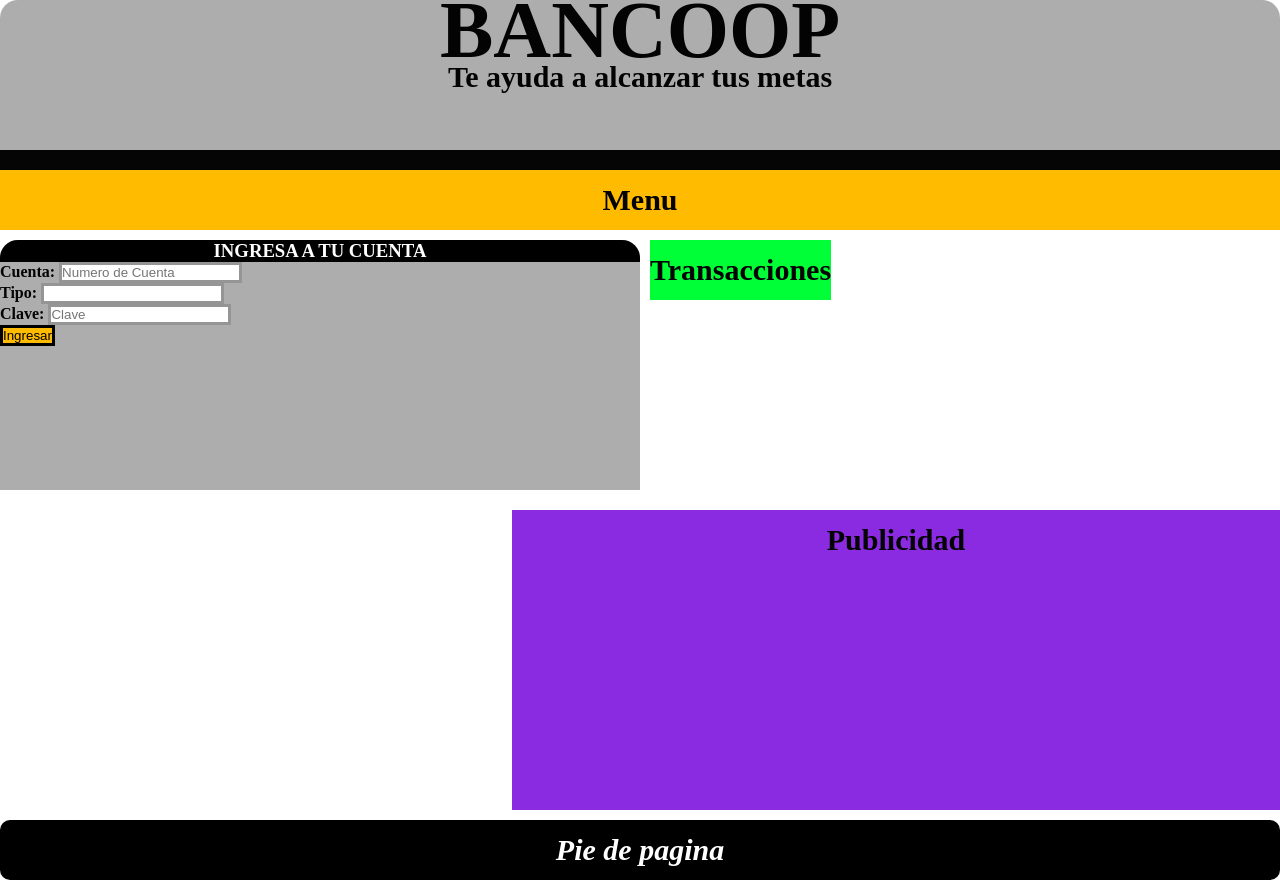
Repository: NickArregoces/BANCOOP
Page: Index.html
These files come from the project's save history. The page is drawn as it stood at one moment and after the next save; the edit follows.
The browser window is 1280 px wide. The pictures show the whole page.

Above is the page before, as saved 2021-09-29 16:50:24.

After the next save:
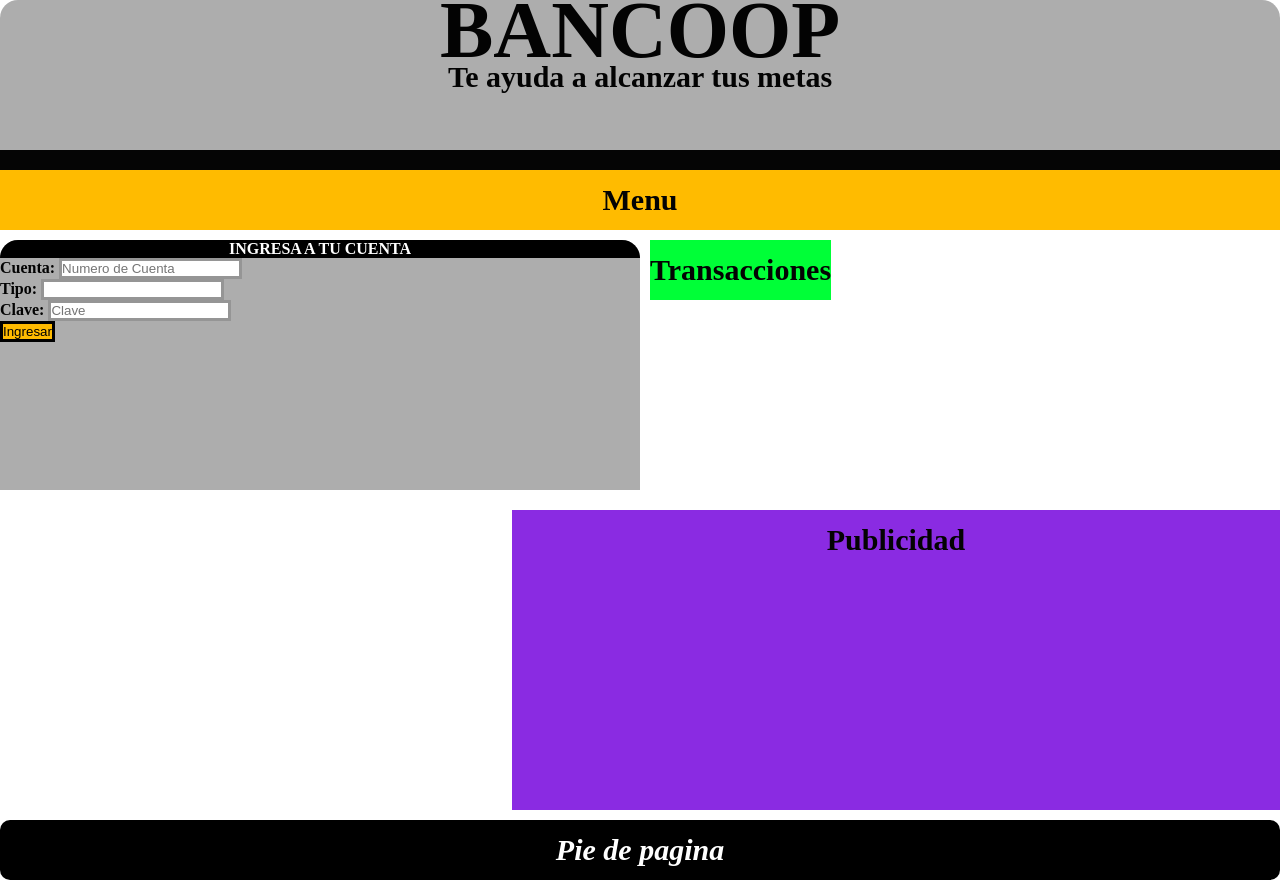
Saved 9 s later.
--- a/CSS/Style.css
+++ b/CSS/Style.css
@@ -51,7 +51,7 @@ form{
     height: 250px;
 }
     .login h3{
-        font-size: 20pxpx;
+        font-size: 100%;
         text-align: center;
         background: black;
         border-top-left-radius: 18px;
